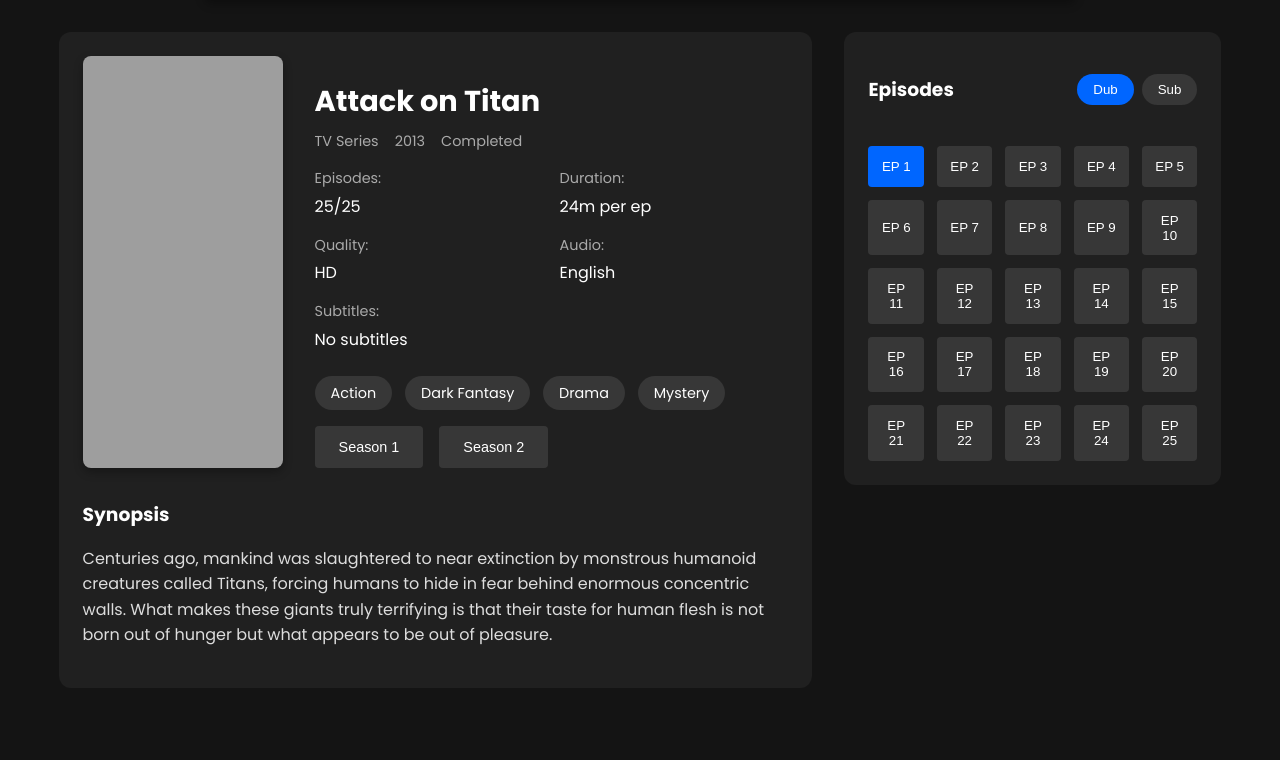
Repository: wermisek/Watchiru
Page: watch.html
An editor plug-in stored every save of this project. The page is shown before and after the next save, followed by the edit.
The browser window is 1280 px wide. The pictures show the part of the page from y = 588 to 1348 px (the page is 1348 px tall).
Pictures or frames that could not be fetched are drawn as grey boxes.

Above is the page before, as saved 2024-12-12 09:48:19.

### watch.html
<!DOCTYPE html>
<html lang="en">
<head>
    <meta charset="UTF-8">
    <meta name="viewport" content="width=device-width, initial-scale=1.0">
    <title>Watch Anime - Watchiru</title>
    <link rel="icon" type="image/png" href="logo.png">
    <link href="https://fonts.googleapis.com/css2?family=Poppins:wght@400;500;600;700&display=swap" rel="stylesheet">
    <link rel="stylesheet" href="https://cdnjs.cloudflare.com/ajax/libs/font-awesome/6.0.0/css/all.min.css">
    <link rel="stylesheet" href="styles.css">
    <link rel="stylesheet" href="watch.css">
</head>
<body>
    <header>
        <nav>
            <div class="nav-left">
                <a href="index.html" class="logo">Watchiru</a>
                <div class="nav-links">
                    <a href="index.html">Home</a>
                    <a href="browse.html">Browse</a>
                    <a href="#">New & Popular</a>
                </div>
            </div>
            <div class="nav-right">
                <i class="fas fa-search"></i>
                <i class="fas fa-bell"></i>
                <div class="user-profile">
                    Profile
                </div>
            </div>
        </nav>
    </header>

    <main class="watch-container">
        <div class="video-info">
            <h1 id="anime-title">Loading...</h1>
        </div>

        <div class="video-player-wrapper">
            <div class="video-player" id="video-container">
                <!-- Video will be loaded here -->
            </div>
        </div>

        <div class="video-details">
            <div class="info-column">
                <div class="anime-info">
                    <div class="info-header">
                        <img src="" alt="" class="anime-poster">
                        <div class="header-details">
                            <div class="title-section">
                                <h2></h2>
                                <div class="title-meta">
                                    <span class="type"></span>
                                    <span class="year"></span>
                                    <span class="status"></span>
                                </div>
                            </div>
                            <div class="meta-info">
                                <div class="meta-item">
                                    <span class="label">Episodes:</span>
                                    <span class="value"></span>
                                </div>
                                <div class="meta-item">
                                    <span class="label">Duration:</span>
                                    <span class="value"></span>
                                </div>
                                <div class="meta-item">
                                    <span class="label">Quality:</span>
                                    <span class="value"></span>
                                </div>
                                <div class="meta-item">
                                    <span class="label">Audio:</span>
                                    <span class="value"></span>
                                </div>
                                <div class="meta-item">
                                    <span class="label">Subtitles:</span>
                                    <span class="value"></span>
                                </div>
                            </div>
                            <div class="genres">
                                <!-- Genres will be populated by JavaScript -->
                            </div>
                            <div class="season-selector">
                                <button class="season-btn" onclick="window.location.href='watch.html?anime=attack-on-titan'">Season 1</button>
                                <button class="season-btn" onclick="window.location.href='watch.html?anime=attack-on-titan-2'">Season 2</button>
                            </div>
                        </div>
                    </div>
                    <div class="synopsis">
                        <h3>Synopsis</h3>
                        <p></p>
                    </div>
                </div>
            </div>

            <div class="episodes-column">
                <div class="episode-list">
                    <div class="episode-header">
                        <h3>Episodes</h3>
                        <div class="episode-filters">
                            <button class="active">Dub</button>
                            <button>Sub</button>
                        </div>
                    </div>
                    <div class="episode-grid">
                        <!-- Episodes will be populated by JavaScript -->
                    </div>
                </div>
            </div>
        </div>
    </main>

    <script src="watch.js"></script>
</body>
</html>

### styles.css
body {
    background-color: #141414;
    color: #fff;
    font-family: 'Poppins', sans-serif;
    min-height: 100vh;
}

/* Header and Navigation */
header {
    background: linear-gradient(to bottom, rgba(0,0,0,0.9) 0%, rgba(0,0,0,0.7) 100%);
    padding: 1rem 2rem;
    position: sticky;
    top: 0;
    z-index: 1000;
    width: 100%;
    box-sizing: border-box;
}

header.scrolled {
    background-color: #141414 !important;
    box-shadow: 0 2px 10px rgba(0,0,0,0.3);
}

nav {
    display: flex;
    justify-content: space-between;
    align-items: center;
    max-width: 1400px;
    margin: 0 auto;
}

.nav-left {
    display: flex;
    align-items: center;
    gap: 2rem;
}

.logo {
    color: #0066ff;
    font-size: 2rem;
    font-weight: 800;
    letter-spacing: 2px;
    text-decoration: none;
}

.nav-links {
    display: flex;
    gap: 1.5rem;
}

.nav-links a {
    color: #e5e5e5;
    text-decoration: none;
    font-size: 0.9rem;
    transition: color 0.3s;
}

.nav-links a:hover, .nav-links a.active {
    color: #fff;
}

.nav-right {
    display: flex;
    align-items: center;
    gap: 1.5rem;
}

.nav-right i {
    color: #fff;
    font-size: 1.2rem;
    cursor: pointer;
}

.user-profile img {
    width: 32px;
    height: 32px;
    border-radius: 4px;
    cursor: pointer;
}

/* Hero Section */
.hero {
    height: 90vh;
    background: linear-gradient(rgba(0,0,0,0.4), rgba(0,0,0,0.4)),
                url('attack_on_titan.JPEG') no-repeat center center;
    background-size: cover;
    display: flex;
    align-items: center;
    padding: 0 4%;
    margin-bottom: 2rem;
}

.hero-content {
    max-width: 600px;
}

.featured-label {
    background-color: #0066ff;
    color: #fff;
    padding: 0.5rem 1rem;
    border-radius: 4px;
    font-size: 0.9rem;
    margin-bottom: 1rem;
    display: inline-block;
}

.hero-content h1 {
    font-size: 3.5rem;
    margin-bottom: 1rem;
    text-shadow: 2px 2px 4px rgba(0,0,0,0.5);
}

.hero-description {
    font-size: 1.2rem;
    margin-bottom: 2rem;
    text-shadow: 1px 1px 2px rgba(0,0,0,0.5);
}

.hero-buttons {
    display: flex;
    gap: 1rem;
}

.play-btn, .more-info-btn {
    padding: 0.8rem 2rem;
    border-radius: 4px;
    font-size: 1.1rem;
    font-weight: 500;
    display: flex;
    align-items: center;
    gap: 0.5rem;
    cursor: pointer;
    transition: all 0.3s;
    border: none;
}

.play-btn {
    background-color: #0066ff;
    color: #fff;
}

.play-btn:hover {
    background-color: #0052cc;
}

.more-info-btn {
    background-color: rgba(109, 109, 110, 0.7);
    color: #fff;
}

.more-info-btn:hover {
    background-color: rgba(109, 109, 110, 0.4);
}

/* Category Pills */
.category-pills {
    display: flex;
    gap: 1rem;
    padding: 0 4%;
    margin: 2rem 0;
    flex-wrap: wrap;
}

.category-pill {
    padding: 0.6rem 1.8rem;
    background-color: rgba(255,255,255,0.1);
    border-radius: 25px;
    cursor: pointer;
    transition: all 0.3s;
    font-weight: 500;
}

.category-pill:hover {
    background-color: #0066ff;
    transform: scale(1.05);
    box-shadow: 0 2px 8px rgba(0,102,255,0.4);
}

.category-pill.active {
    background-color: #0066ff;
    transform: scale(1.05);
    box-shadow: 0 2px 8px rgba(0,102,255,0.4);
}

/* Movies Sections */
.movies-row {
    padding: 2rem 4%;
}

.row-header {
    display: flex;
    justify-content: space-between;
    align-items: center;
    margin-bottom: 1rem;
}

.row-header h2 {
    font-size: 1.5rem;
    font-weight: 500;
}

.see-all {
    color: #0066ff;
    background: none;
    border: none;
    cursor: pointer;
    display: flex;
    align-items: center;
    gap: 0.5rem;
    font-size: 0.9rem;
}

.movies-slider {
    display: flex;
    gap: 1.2rem;
    overflow-x: auto;
    padding: 1.5rem 0;
    scrollbar-width: none;
}

.movies-slider::-webkit-scrollbar {
    display: none;
}

.movie-item {
    min-width: 200px;
    height: 300px;
    border-radius: 8px;
    position: relative;
    transition: transform 0.3s ease;
    cursor: pointer;
    box-shadow: 0 2px 10px rgba(0,0,0,0.3);
}

.movie-item:hover {
    transform: scale(1.08);
    z-index: 2;
}

.movie-info {
    position: absolute;
    bottom: 0;
    left: 0;
    right: 0;
    padding: 1.5rem;
    background: linear-gradient(transparent, rgba(0,0,0,0.95));
    opacity: 0;
    transition: opacity 0.3s;
}

.movie-item:hover .movie-info {
    opacity: 1;
}

.movie-info h3 {
    font-size: 1rem;
    margin-bottom: 0.5rem;
}

.movie-info span {
    font-size: 0.8rem;
    color: #0066ff;
}

/* New Movie Actions */
.movie-actions {
    display: flex;
    gap: 0.5rem;
    margin-top: 1rem;
}

.movie-actions button {
    width: 32px;
    height: 32px;
    border-radius: 50%;
    border: none;
    display: flex;
    align-items: center;
    justify-content: center;
    cursor: pointer;
    transition: all 0.2s;
}

.play-small {
    background-color: #0066ff;
    color: white;
}

.add-to-list {
    background-color: rgba(255,255,255,0.2);
    color: white;
}

.play-small:hover {
    background-color: #0052cc;
    transform: scale(1.1);
}

.add-to-list:hover {
    background-color: rgba(255,255,255,0.3);
    transform: scale(1.1);
}

/* Featured Section */
.featured-section {
    padding: 2rem 4%;
    background: linear-gradient(rgba(0,0,0,0.8), rgba(0,0,0,0.8));
}

.featured-grid {
    display: grid;
    grid-template-columns: repeat(auto-fit, minmax(250px, 1fr));
    gap: 1.5rem;
    margin-top: 1.5rem;
}

/* Footer */
footer {
    background-color: #141414;
    padding: 4rem 4% 2rem;
    margin-top: 4rem;
}

.footer-content {
    display: grid;
    grid-template-columns: repeat(auto-fit, minmax(200px, 1fr));
    gap: 2rem;
    max-width: 1200px;
    margin: 0 auto;
}

.footer-section h3 {
    color: #0066ff;
    margin-bottom: 1rem;
    font-size: 1.2rem;
}

.footer-section a {
    display: block;
    color: #757575;
    text-decoration: none;
    margin-bottom: 0.5rem;
    transition: color 0.3s;
}

.footer-section a:hover {
    color: #fff;
}

.social-links {
    display: flex;
    gap: 1rem;
    margin-top: 1rem;
}

.social-links a {
    color: #757575;
    font-size: 1.5rem;
    transition: all 0.3s;
}

.social-links a:hover {
    color: #0066ff;
    transform: translateY(-2px);
}

.footer-bottom {
    text-align: center;
    margin-top: 3rem;
    padding-top: 2rem;
    border-top: 1px solid #333;
    color: #757575;
}

/* Responsive Design */
@media (max-width: 768px) {
    .nav-links {
        display: none;
    }

    .hero-content h1 {
        font-size: 2.5rem;
    }

    .hero-description {
        font-size: 1rem;
    }

    .category-pills {
        gap: 0.5rem;
    }

    .category-pill {
        padding: 0.4rem 1rem;
        font-size: 0.9rem;
    }

    header {
        padding: 1rem;
    }

    .nav-links {
        gap: 1rem;
    }

    .nav-right {
        gap: 1rem;
    }
}

@media (max-width: 480px) {
    .hero-buttons {
        flex-direction: column;
    }

    .play-btn, .more-info-btn {
        width: 100%;
        justify-content: center;
    }
}

### watch.css
/* Remove sticky header */
header {
    position: relative !important;
    background: #141414;
}

/* Main container */
.watch-container {
    margin-top: 0;
    padding: 2rem 4%;
    min-height: 100vh;
    background: #141414;
}

/* Video section */
.video-player-wrapper {
    width: 75%;
    max-width: 1000px;
    background: #000;
    border-radius: 8px;
    overflow: hidden;
    margin: 0 auto 2rem auto;
    box-shadow: 0 4px 10px rgba(0,0,0,0.3);
}

.video-player {
    position: relative;
    padding-bottom: 42.85%; /* Adjusted ratio to remove black bars */
    height: 0;
    overflow: hidden;
}

#video-container {
    position: relative;
    height: 0;
    padding-bottom: 42.85%; /* Match the video-player padding */
}

#video-container iframe {
    position: absolute;
    top: 0;
    left: 0;
    width: 100%;
    height: 100%;
    border: none;
}

#anime-player {
    width: 100%;
    height: 100%;
    object-fit: contain;
    background: black;
}

.video-info {
    margin-bottom: 2rem;
    text-align: center;
}

.video-info h1 {
    color: white;
    font-size: 1.8rem;
    margin-bottom: 1rem;
}

/* Content section */
.video-details {
    display: grid;
    grid-template-columns: 2fr 1fr;
    gap: 2rem;
    color: white;
}

.anime-info {
    background: rgba(255,255,255,0.05);
    padding: 1.5rem;
    border-radius: 12px;
    margin-bottom: 2rem;
}

.info-header {
    display: flex;
    gap: 2rem;
    margin-bottom: 2rem;
}

.anime-poster {
    width: 200px;
    border-radius: 8px;
    box-shadow: 0 4px 10px rgba(0,0,0,0.3);
}

.header-details {
    flex: 1;
}

.title-section h2 {
    font-size: 1.8rem;
    margin-bottom: 0.5rem;
}

.title-meta {
    display: flex;
    gap: 1rem;
    color: #aaa;
    font-size: 0.9rem;
    margin-bottom: 1rem;
}

.meta-info {
    display: grid;
    grid-template-columns: repeat(auto-fill, minmax(150px, 1fr));
    gap: 1rem;
    margin-bottom: 1.5rem;
}

.meta-item {
    display: flex;
    flex-direction: column;
    gap: 0.3rem;
}

.meta-item .label {
    color: #aaa;
    font-size: 0.9rem;
}

.genres {
    display: flex;
    gap: 0.8rem;
    flex-wrap: wrap;
}

.genres span {
    background: rgba(255,255,255,0.1);
    padding: 0.4rem 1rem;
    border-radius: 20px;
    font-size: 0.9rem;
}

.synopsis {
    color: #ddd;
    line-height: 1.6;
}

.synopsis h3 {
    margin-bottom: 1rem;
    color: white;
}

.episode-list {
    background: rgba(255,255,255,0.05);
    padding: 1.5rem;
    border-radius: 12px;
}

.episode-header {
    display: flex;
    justify-content: space-between;
    align-items: center;
    margin-bottom: 1.5rem;
}

.episode-filters {
    display: flex;
    gap: 0.5rem;
}

.episode-filters button {
    background: rgba(255,255,255,0.1);
    border: none;
    color: white;
    padding: 0.5rem 1rem;
    border-radius: 20px;
    cursor: pointer;
    transition: all 0.3s ease;
}

.episode-filters button.active {
    background: #0066ff;
}

.episode-grid {
    display: grid;
    grid-template-columns: repeat(5, 1fr);
    gap: 0.8rem;
    margin-top: 1rem;
}

.episode-btn {
    background: rgba(255,255,255,0.1);
    border: none;
    color: white;
    padding: 0.8rem;
    border-radius: 4px;
    cursor: pointer;
    transition: all 0.3s ease;
    width: 100%;
    text-align: center;
}

.episode-btn:hover {
    background: rgba(255,255,255,0.2);
}

.episode-btn.active {
    background: #0066ff;
}

.episode-btn.disabled {
    opacity: 0.5;
    cursor: not-allowed;
    background: rgba(255,255,255,0.05);
}

.episode-btn.disabled:hover {
    background: rgba(255,255,255,0.05);
    transform: none;
}

.watch-more {
    background: rgba(255,255,255,0.05);
    padding: 1.5rem;
    border-radius: 12px;
}

.watch-more h3 {
    margin-bottom: 1.5rem;
}

.anime-recommendations {
    display: flex;
    flex-direction: column;
    gap: 1rem;
}

.recommendation-item {
    display: flex;
    gap: 1rem;
    padding: 0.8rem;
    background: rgba(255,255,255,0.1);
    border-radius: 8px;
    transition: all 0.3s ease;
    text-decoration: none;
    color: white;
}

.recommendation-item:hover {
    background: rgba(255,255,255,0.15);
    transform: translateY(-2px);
}

.recommendation-item img {
    width: 80px;
    border-radius: 4px;
}

.recommendation-info h4 {
    margin-bottom: 0.5rem;
    font-size: 0.9rem;
}

.rec-meta {
    display: flex;
    gap: 0.8rem;
    color: #aaa;
    font-size: 0.8rem;
}

@media (max-width: 1024px) {
    .video-details {
        grid-template-columns: 1fr;
    }

    .info-header {
        flex-direction: column;
    }

    .anime-poster {
        width: 100%;
        max-width: 300px;
        margin: 0 auto;
    }
}

@media (max-width: 768px) {
    .meta-info {
        grid-template-columns: repeat(2, 1fr);
    }

    .episode-header {
        flex-direction: column;
        gap: 1rem;
        align-items: flex-start;
    }

    .video-player-wrapper {
        width: 100%;
    }

    .episode-grid {
        grid-template-columns: repeat(4, 1fr);
    }
}

@media (max-width: 480px) {
    .episode-grid {
        grid-template-columns: repeat(3, 1fr);
    }
}

.season-selector {
    display: flex;
    gap: 1rem;
    margin-top: 1rem;
}

.season-btn {
    padding: 0.8rem 1.5rem;
    background: rgba(255,255,255,0.1);
    border: none;
    border-radius: 4px;
    color: white;
    cursor: pointer;
    transition: all 0.3s ease;
    text-decoration: none;  /* Remove underline from link */
    font-size: 0.9rem;
}

.season-btn:hover {
    background: rgba(255,255,255,0.2);
}

.season-btn.active {
    background: #0066ff;
}

Loaded but not shown: watch.js (390 lines, source omitted)

After the next save:
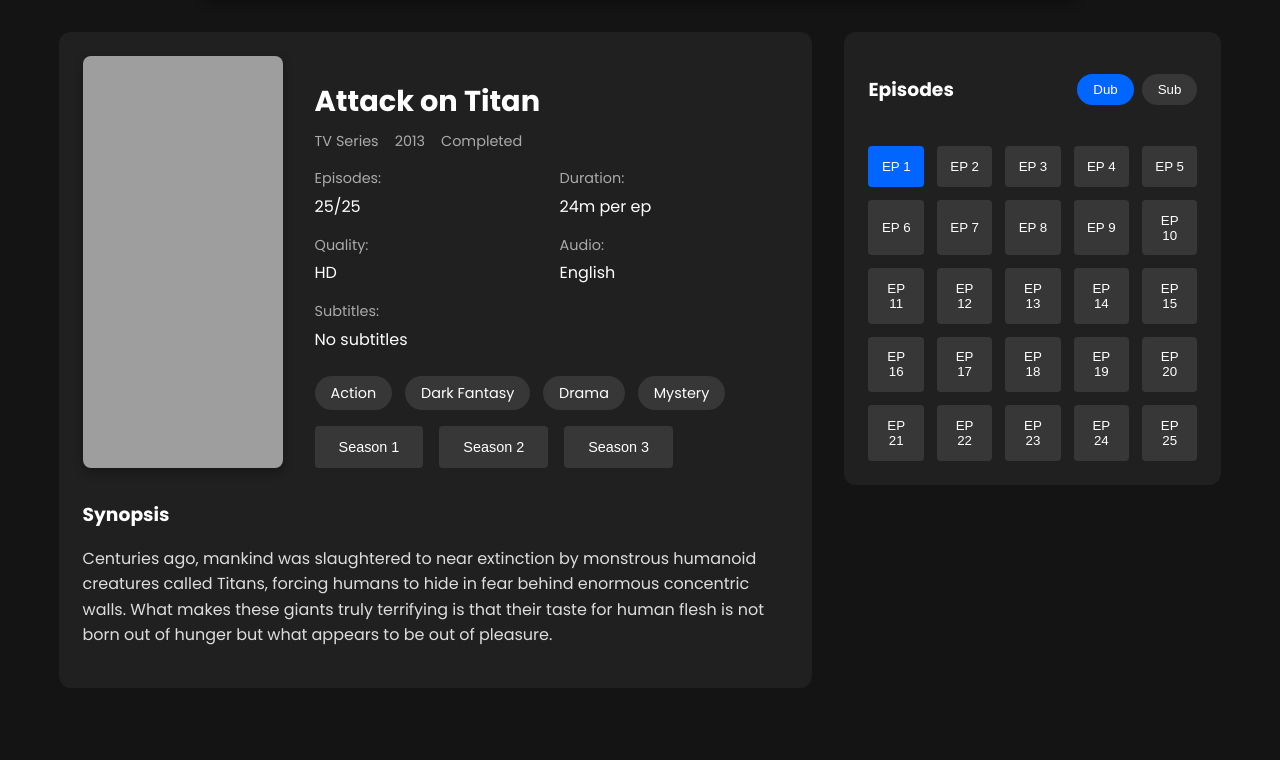
Saved 3 min 55 s later.
--- a/watch.html
+++ b/watch.html
@@ -84,6 +84,7 @@
                             <div class="season-selector">
                                 <button class="season-btn" onclick="window.location.href='watch.html?anime=attack-on-titan'">Season 1</button>
                                 <button class="season-btn" onclick="window.location.href='watch.html?anime=attack-on-titan-2'">Season 2</button>
+                                <button class="season-btn" onclick="window.location.href='watch.html?anime=attack-on-titan-3'">Season 3</button>
                             </div>
                         </div>
                     </div>
